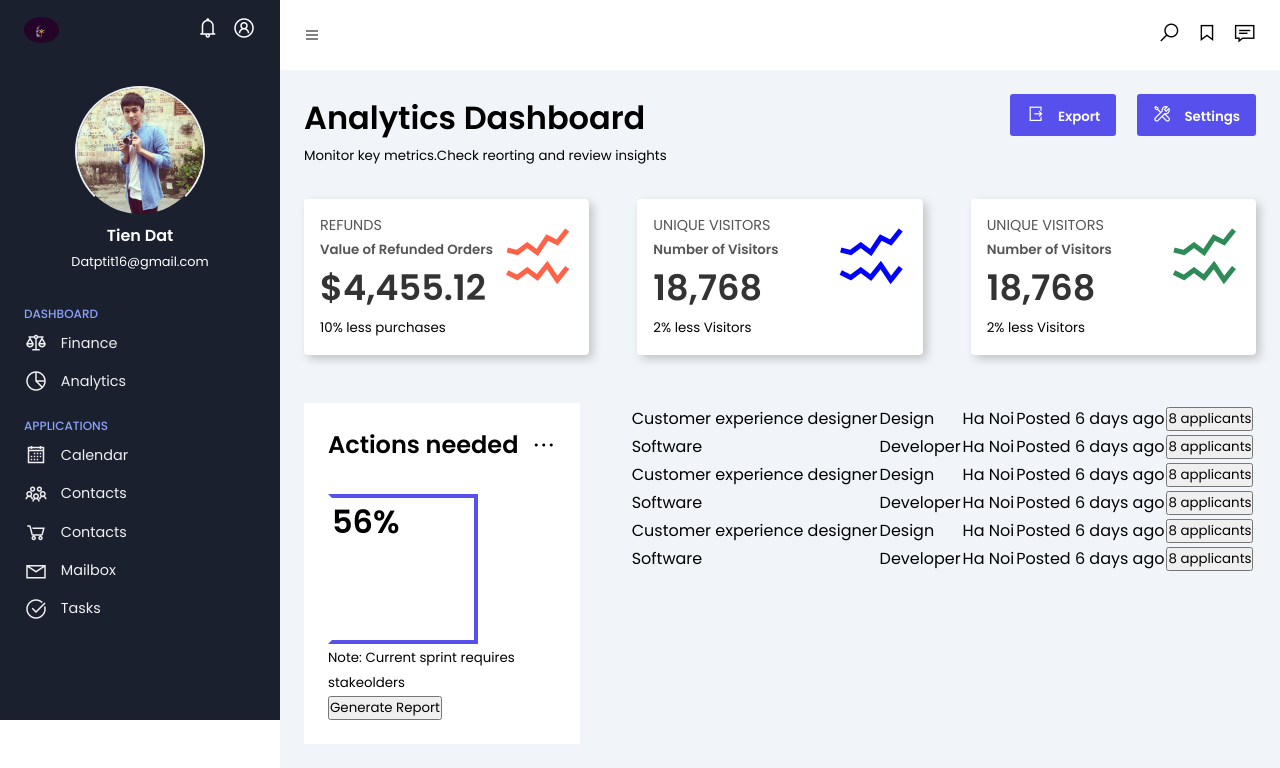
Repository: Datt21/dashboard-fe-project
Page: index.html
These files come from the project's save history. The page is drawn as it stood at one moment and after the next save; the edit follows.
The browser window is 1280 px wide. The pictures show the whole page.

Above is the page before, as saved 2021-06-08 19:35:17.

### index.html
<!DOCTYPE html>
<html lang="en">
<head>
    <meta charset="UTF-8">
    <meta http-equiv="X-UA-Compatible" content="IE=edge">
    <meta name="viewport" content="width=device-width, initial-scale=1.0 maxium-scale=1.0">

    <!-- =============== UNICONS =================== -->
    <link rel="stylesheet" href="https://maxst.icons8.com/vue-static/landings/line-awesome/line-awesome/1.3.0/css/line-awesome.min.css">
    <!-- =============== GOOGLE FONT =============== -->

    <!-- =============== CSS ================== -->
    <link rel="stylesheet" href="./assets/css/style.css">

    <title>Tien Dat Admin Dashboard</title>

</head>
<body>
    <!-- ========== SIDEBAR======== -->
    <div class="sidebar">
    <!-- brand -->
         <div class="sidebar__brand">
             <div class="brand__flex">
                 <img src="./img/loGO1.jpg" width="35px" alt="">

                 <div class="brand__icons">
                     <span class="las la-bell"></span>
                     <span class="las la-user-circle"></span>
                 </div>
             </div>
         </div>
    <!-- main -->
         <div class="sidebar__main">
             <div class="sidebar__user">
                 <img src="./img/119942988_206292647508421_8132941228799644311_n.jpg" alt="">
                 <div>
                     <h3> Tien Dat</h3>
                     <span> Datptit16@gmail.com</span>
                 </div>
             </div>
             <div class="sidebar__menu">
                 <div class="menu-head">
                     <span> Dashboard</span>
                 </div>
                 <ul>
                     <li>
                         <a href="">
                         <span class="las la-balance-scale"></span>
                        Finance
                        </a>
                    </li>
                     <li>
                         <a href=""><span class="las la-chart-pie"></span>
                        Analytics
                         </a>
                    </li>
                 </ul>

                 <div class="menu-head">
                    <span> Applications</span>
                </div>
                <ul>
                    <li>
                        <a href="">
                        <span class="las la-calendar"></span>
                       Calendar
                       </a>
                   </li>
                    <li>
                        <a href=""><span class="las la-users"></span>
                       Contacts
                        </a>
                   </li>
                    <li>
                        <a href=""><span class="las la-shopping-cart"></span>
                       Contacts
                        </a>
                   </li>
                    <li>
                        <a href=""><span class="las la-envelope"></span>
                       Mailbox
                        </a>
                   </li>
                    <li>
                        <a href=""><span class="las la-check-circle"></span>
                       Tasks
                        </a>
                   </li>
                </ul>
             </div>
         </div>
    </div>

    <!-- ================== MAIN CONTENT===================== -->
    <div class="main__content">
        <header>
            <div class="menu__toggle">
                <lable for="">
                    <span class="las la-bars"></span>
                </lable>
            </div>

            <div class="hearder__icons">
                <span class="las la-search"></span>
                <span class="las la-bookmark"></span>
                <span class="las la-sms"></span>
            </div>
        </header>

        <main>
            <div class="page__header">
                <div>
                    <h1>Analytics Dashboard</h1>
                    <small>Monitor key metrics.Check reorting and review insights</small>
                </div>

                <div class="header__actions">
                    <button>
                        <span class="las la-file-export"></span>
                        Export
                    </button>
                    <button>
                        <span class="las la-tools"></span>
                        Settings
                    </button>
                </div>
            </div>

            <div class="cards">
                <div class="card__single">
                     <div class="card__flex">
                         <div class="card__info">
                             <div class="card__head">
                                 <span>Refunds</span>
                                 <small>Value of Refunded Orders</small>
                             </div>

                             <h2>$4,455.12</h2>

                             <small>10% less purchases</small>
                         </div>
                         <div class="card-chart sucess">
                             <span class="las la-chart-line"></span>
                         </div>
                     </div>
                </div>

                <div class="card__single">
                     <div class="card__flex">
                         <div class="card__info">
                             <div class="card__head">
                                 <span>Unique Visitors</span>
                                 <small>Number of Visitors</small>
                             </div>

                             <h2>18,768</h2>

                             <small>2% less Visitors</small>
                         </div>
                         <div class="card-chart danger">
                             <span class="las la-chart-line"></span>
                         </div>
                     </div>
                </div>
                <div class="card__single">
                     <div class="card__flex">
                         <div class="card__info">
                             <div class="card__head">
                                 <span>Unique Visitors</span>
                                 <small>Number of Visitors</small>
                             </div>

                             <h2>18,768</h2>

                             <small>2% less Visitors</small>
                         </div>
                         <div class="card-chart yellow">
                             <span class="las la-chart-line"></span>
                         </div>
                     </div>
                </div>
            </div>

            <div class="job__grid">
                <div class="analytics__card">
                        <div class="analytics__head">
                             <h2>Actions needed</h2>

                             <span class="las la-ellipsis-h"></span>
                        </div>

                        <div class="analytics__chart">
                            <div class="chart__circle">
                                <h1>56%</h1>
                            </div>

                            <div class="analytics__note">
                                <small>Note: Current sprint requires stakeolders</small>
                            </div>

                            <div class="analytics__btn">
                                <button>Generate Report</button>
                            </div>
                        </div>
                </div>

                <div class="jobs">
                    <table>
                        <tbody>
                            <tr>
                                <td>
                                    <span class="indicator"></span>
                                </td>
                                <td>Customer experience designer</td>
                                <td>Design</td>
                                <td>Ha Noi</td>
                                <td>Posted 6 days ago</td>
                                <td>
                                    <button>8 applicants</button>
                                </td>
                            </tr>
                            <tr>
                                <td>
                                    <span class="indicator"></span>
                                </td>
                                <td>Software</td>
                                <td>Developer</td>
                                <td>Ha Noi</td>
                                <td>Posted 6 days ago</td>
                                <td>
                                    <button>8 applicants</button>
                                </td>
                            </tr>
                            <tr>
                                <td>
                                    <span class="indicator"></span>
                                </td>
                                <td>Customer experience designer</td>
                                <td>Design</td>
                                <td>Ha Noi</td>
                                <td>Posted 6 days ago</td>
                                <td>
                                    <button>8 applicants</button>
                                </td>
                            </tr>
                            <tr>
                                <td>
                                    <span class="indicator"></span>
                                </td>
                                <td>Software</td>
                                <td>Developer</td>
                                <td>Ha Noi</td>
                                <td>Posted 6 days ago</td>
                                <td>
                                    <button>8 applicants</button>
                                </td>
                            </tr>
                            <tr>
                                <td>
                                    <span class="indicator"></span>
                                </td>
                                <td>Customer experience designer</td>
                                <td>Design</td>
                                <td>Ha Noi</td>
                                <td>Posted 6 days ago</td>
                                <td>
                                    <button>8 applicants</button>
                                </td>
                            </tr>
                            <tr>
                                <td>
                                    <span class="indicator"></span>
                                </td>
                                <td>Software</td>
                                <td>Developer</td>
                                <td>Ha Noi</td>
                                <td>Posted 6 days ago</td>
                                <td>
                                    <button>8 applicants</button>
                                </td>
                            </tr>
                        </tbody>
                    </table>
                </div>
            </div>
        </main>
    </div>
</body>
</html>

### assets/css/style.css
@import url('https://fonts.googleapis.com/css2?family=Poppins:wght@300;400;500;600&display=swap');

:root{
    --color-main: #1a202e;
}

*{
    font-family: 'Poppins', sans-serif ;
    box-sizing: border-box;
    text-decoration: none;
    list-style-type: none;
    margin: 0;
    padding: 0;
}

.sidebar{
    width: 280px;
    position: fixed;
    left: 0;
    top: 0;
    height: 100%;
    padding: 1rem 1.5rem;
    background: var(--color-main);
    color: #fff;
}

.sidebar__brand{
    height: 70px;
}

.brand__flex{
    display: flex;
    justify-content: space-between;
    align-items: center;
}

.brand__flex img{
    border-radius: 50%;
}

.brand__icons span{
    font-size: 1.5rem;
    margin-left: 0.5rem;
}

.sidebar__user{
    margin: 0rem 0rem 1rem 0rem;
    text-align: center;
}

.sidebar__user img{
    width: 130px;
    height: 130px;
    border-radius: 50%;
    border: 2px solid #efefef;
    border-top: 2px solid #efefef;
    border-left: 2px solid #efefef;
    border-right: 2px solid #efefef;
    border-bottom: 2px solid transparent;
}

.sidebar__user h3{
    font-size: 1rem;
}

.sidebar__user span{
    font-size: .8rem;
}

.sidebar__menu {
    margin-top: 2rem;
}

.menu-head {
    text-transform: uppercase;
    color: #8da2fb;
    font-size: .75rem;
    font-weight: 500;
    margin-bottom: 0.5rem;
}

.sidebar__menu ul{
    margin-bottom: 1.5rem;
}

.sidebar__menu li{
    margin-bottom: 0.9rem;

}

.sidebar__menu li a{
    color: #efefef;
    font-size: .9rem;
    display: flex;
    align-items: center;
}

.sidebar__menu li a span{
    font-size: 1.5rem;
    display: inline-block;
    margin-right: 0.8rem;
}



header{
    height: 70px;
    display: flex;
    justify-content: space-between;
    align-items: center;
    padding: 1rem 1.5rem;
}

.menu__toggle label{
    height: 60px;
    width: 60px;
    display: grid;
    place-items: center;
    font-size: 1.5rem;
    border-radius: 50%;
}

.hearder__icons span{
    display: inline-block;
    margin-left: .7rem;
    font-size: 1.4rem;
}

.menu__toggle label:hover {
    background: #efefef;
}

.main__content{
    margin-left: 280px;
}

main {
    padding: 1.5rem;
    background: #f1f5f9;
    min-height: calc(100vh - 70px);
}

.page__header {
    display: flex;
    justify-content: space-between;
}

.header__actions button {
    outline: none;
    background: #5850ec;
    color: #fff;
    border: none;
    padding: .6rem 1rem;
    margin-left: 1rem;
    border-radius: 3px;
    font-weight: 600;
}

.header__actions button span{
    font-size: 1.2rem;
    margin-right: .6rem;

}

.cards{
    display: grid;
    grid-template-columns: repeat(3, 1fr);
    grid-gap : 3rem;
    padding-top: 2rem;
}

.card__single{
    background: #fff;
    padding: 1rem;
    box-shadow: 4px 4px 10px rgba(0,0,0,0.2) ;
    border-radius: 4px;
}

.card__flex{
    display: grid;
    grid-template-columns: 70% auto;
}

.card__head span{
    display: block;
    text-transform: uppercase;
    color: #555;
    font-size: .9rem;
}

.card__head small{
    font-weight: 600;
    color: #555;
}

.card__info h2{
    font-size: 2.2rem;
    color: #333;
}

.card-chart span{
    font-size: 5rem;
}

.card-chart.sucess{
    color: tomato;
}
.card-chart.danger{
    color: blue;
}
.card-chart.yellow{
    color: seagreen;
}

.job__grid{
    margin-top: 3rem;
    display: grid;
    grid-template-columns: auto 66%;
    grid-gap: 3rem;
}

.analytics__card{
    background: #fff;
    padding: 1.5rem;
}

.analytics__head{
    display: flex;
    justify-content: space-between;
    align-items: center;
    margin-bottom: 2rem;
}

.analytics__head span{
    font-size: 1.5rem;
}

.analytics__chart{

}

.chart__circle{
    height: 150px;
    width: 150px;
    border-left: 4px solid transparent;
    border-right: 4px solid #5850ec;
    border-bottom: 4px solid #5850ec;
    border-top: 4px solid #5850ec;
}

After the next save:
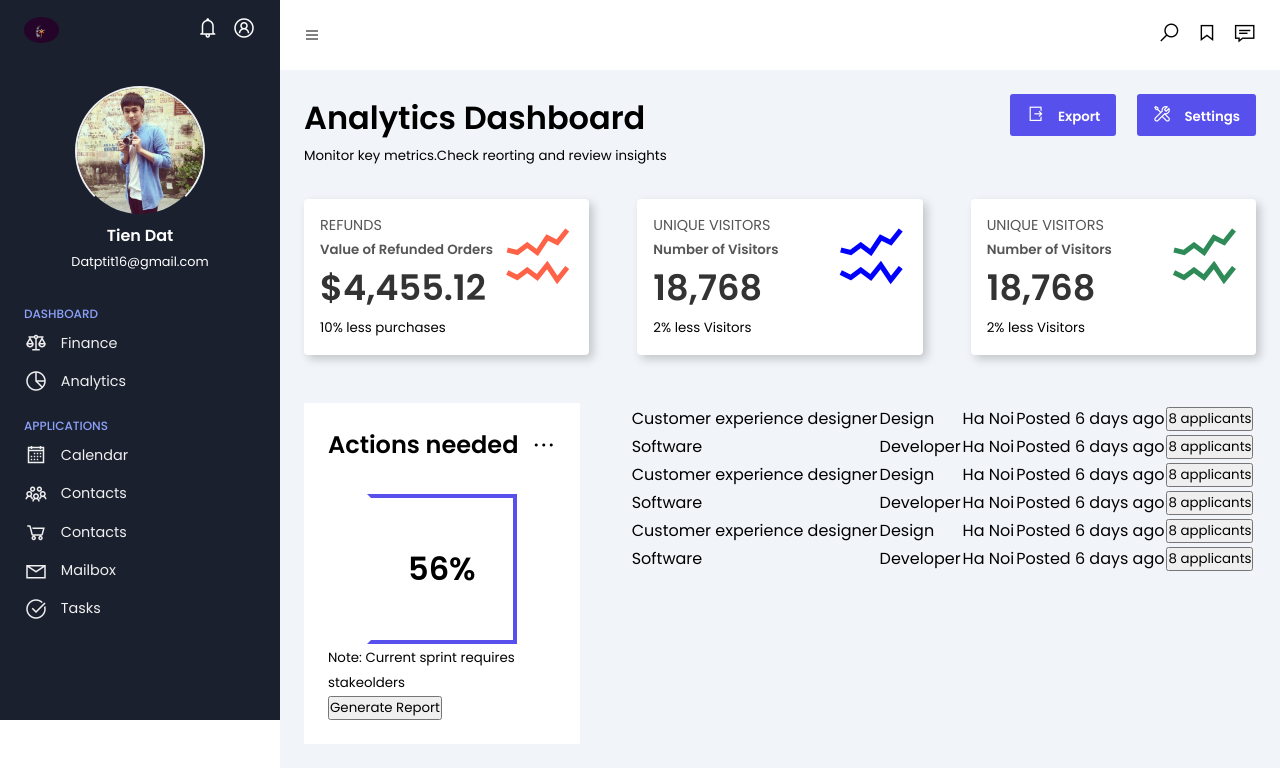
Saved 61 s later.
--- a/assets/css/style.css
+++ b/assets/css/style.css
@@ -246,4 +246,7 @@ main {
     border-right: 4px solid #5850ec;
     border-bottom: 4px solid #5850ec;
     border-top: 4px solid #5850ec;
-}
+    display: grid;
+    place-items: center;
+    margin: auto;
+}
